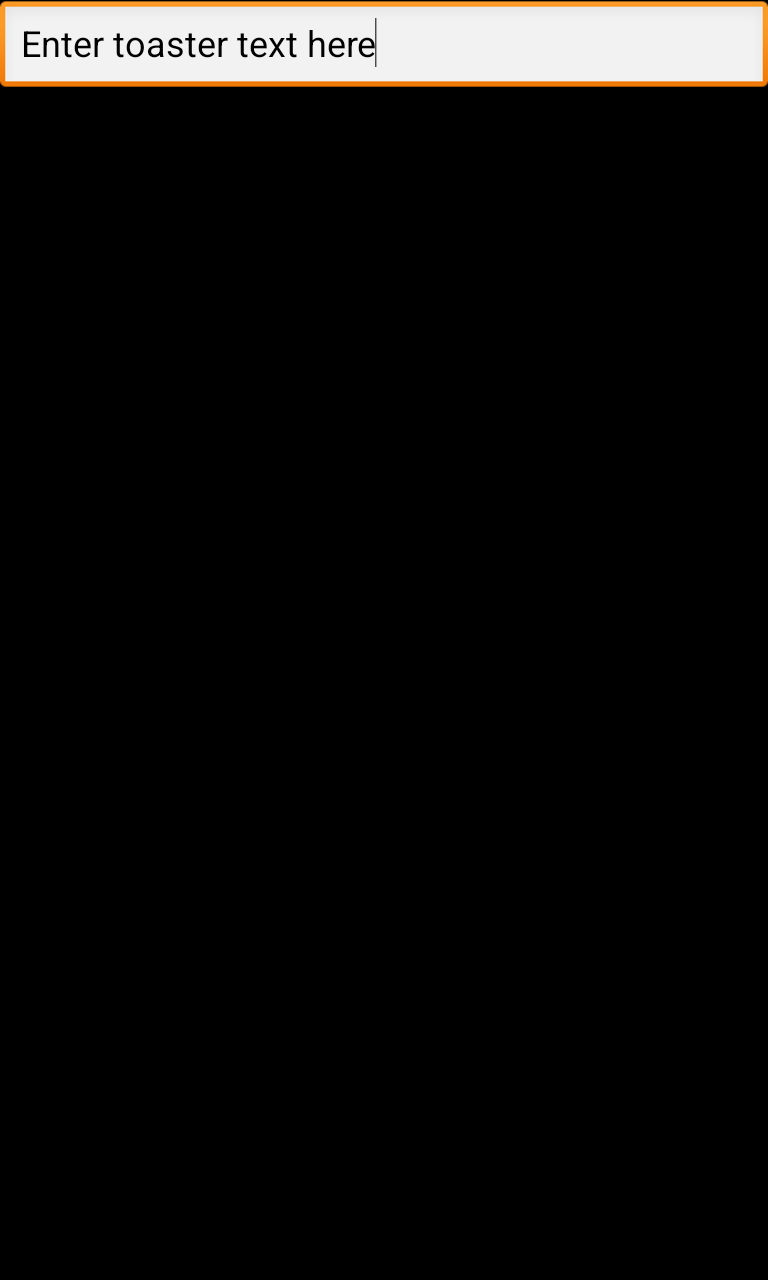
Repository: Salts/HelloAndroid
Layout: LtDarien/Level2/res/layout/main.xml
An editor plug-in stored every save of this project. The layout is shown before and after the next save, followed by the edit.
It is drawn on a 768 x 1280 px phone screen (xhdpi) without system bars, with theme android:Theme; the app's code is not run.

Above is the layout before, as saved 2012-05-25 03:38:57.

### LtDarien/Level2/res/layout/main.xml
<?xml version="1.0" encoding="utf-8"?>
<LinearLayout xmlns:android="http://schemas.android.com/apk/res/android"
    android:layout_width="fill_parent"
    android:layout_height="fill_parent"
    android:orientation="vertical" >

    <EditText
        android:id="@+id/editText1"
        android:layout_width="match_parent"
        android:layout_height="wrap_content"
        android:ems="10"
        android:text="@string/etMain"
>
        <requestFocus />
    </EditText>

</LinearLayout>

### LtDarien/Level2/res/values/strings.xml
<?xml version="1.0" encoding="utf-8"?>
<resources>

    <string name="hello">Hello World, Level2Activity!</string>
    <string name="app_name">Ltdarien.Level2</string>
    <string name="etMain">Enter toaster text here</string>

</resources>

After the next save:
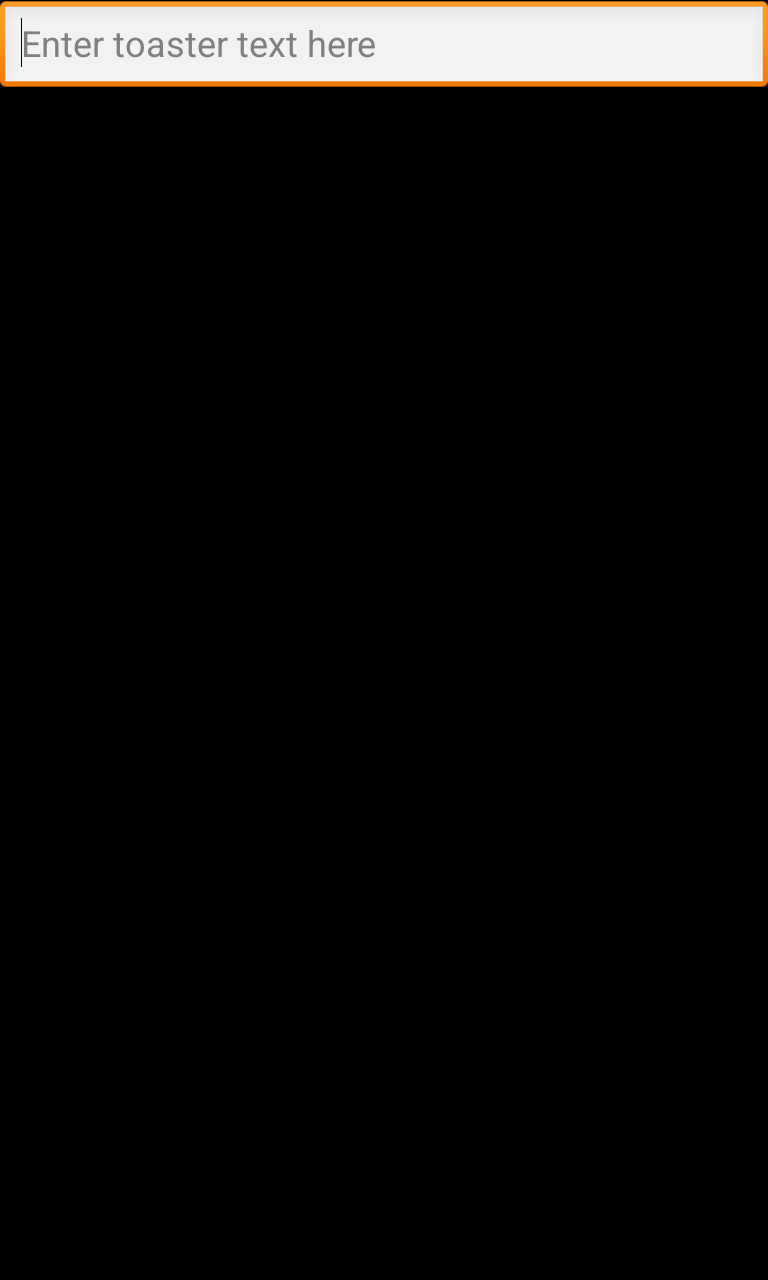
Saved 87 s later.
--- a/LtDarien/Level2/res/layout/main.xml
+++ b/LtDarien/Level2/res/layout/main.xml
@@ -9,7 +9,7 @@
         android:layout_width="match_parent"
         android:layout_height="wrap_content"
         android:ems="10"
-        android:text="@string/etMain"
+        android:hint="@string/etMain"
 >
         <requestFocus />
     </EditText>
